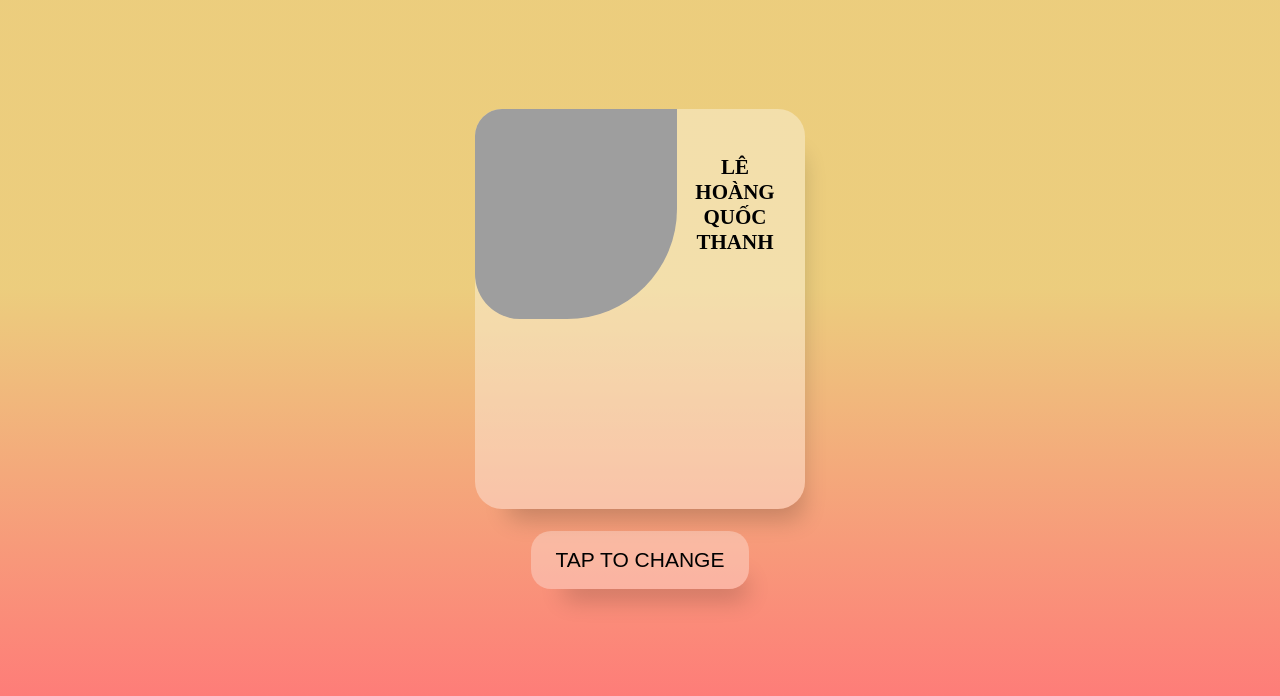
Repository: ThanhThn/profile
Page: index.html
The author's editor kept a copy of each file at every save. The page is drawn from the files as they stood at one save, then again after the next save.
The browser window is 1280 px wide. The pictures show the whole page.
Pictures or frames that could not be fetched are drawn as grey boxes. Some web fonts or font styles are not loaded; a fallback is used.

Above is the page before, as saved 2022-12-05 19:50:04.

After the next save:
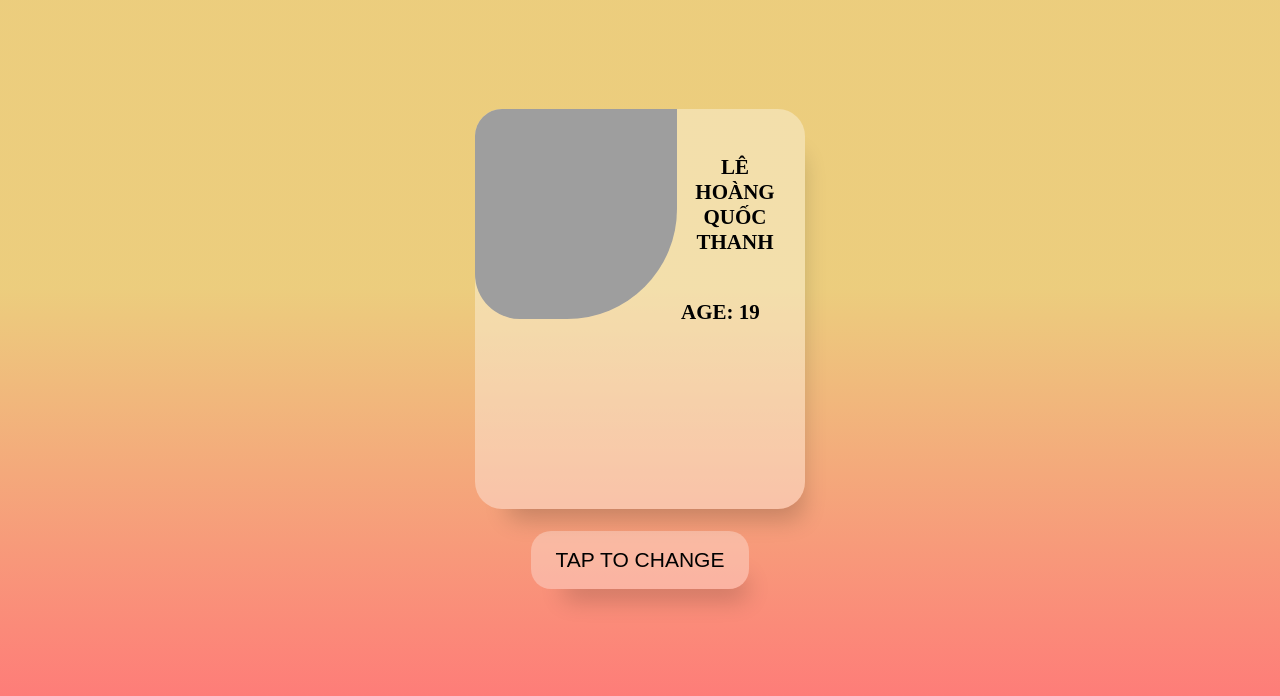
Saved 49 s later.
--- a/index.html
+++ b/index.html
@@ -21,7 +21,7 @@
         var ages = new Date().getFullYear() - 2003;
         console.log(ages);
         console.log(document.getElementsByClassName("age"))
-        document.querySelectorAll(".age").innerHTML = `age: ${ages}`;
+        document.querySelector(".age").innerHTML = `age: ${ages}`;
     </script>
 </body>
 </html>

After the save that followed:
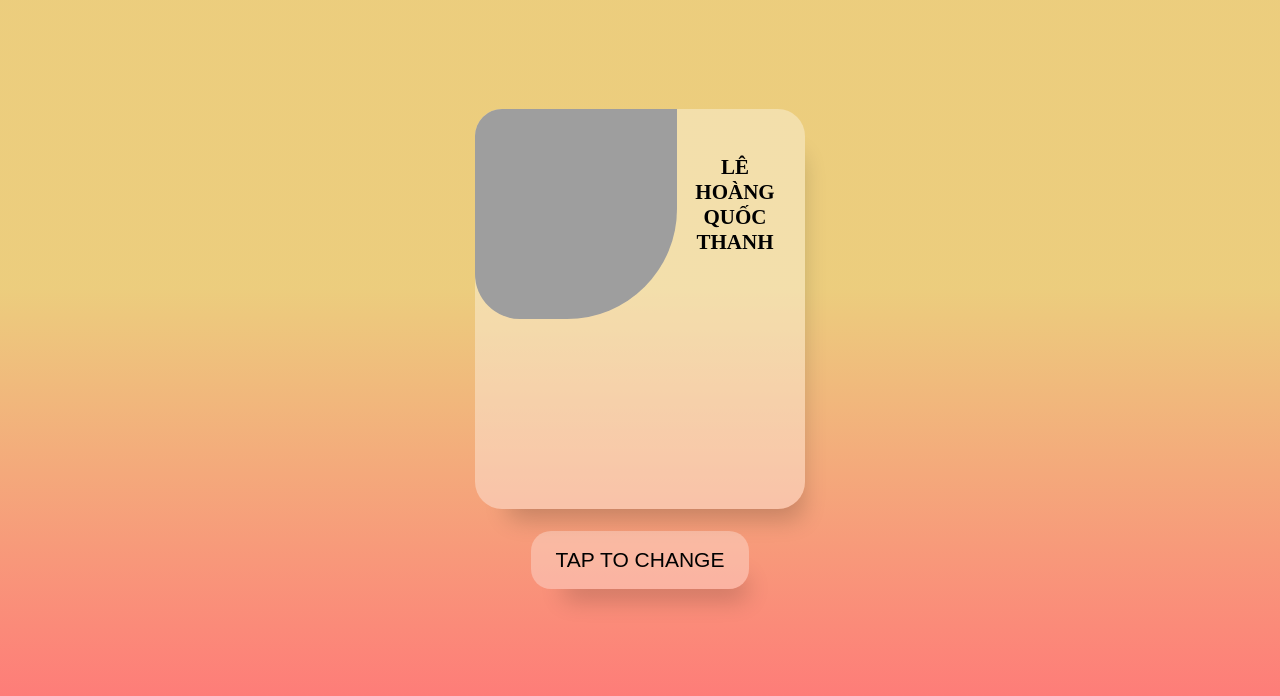
Saved 114 s later.
--- a/index.html
+++ b/index.html
@@ -21,7 +21,10 @@
         var ages = new Date().getFullYear() - 2003;
         console.log(ages);
         console.log(document.getElementsByClassName("age"))
-        document.querySelector(".age").innerHTML = `age: ${ages}`;
+        var text = document.querySelector(".age");
+        for(let i = 0; i < text.length; i++){
+            text.innerHTML = `age: ${ages}`;
+        }
     </script>
 </body>
 </html>
